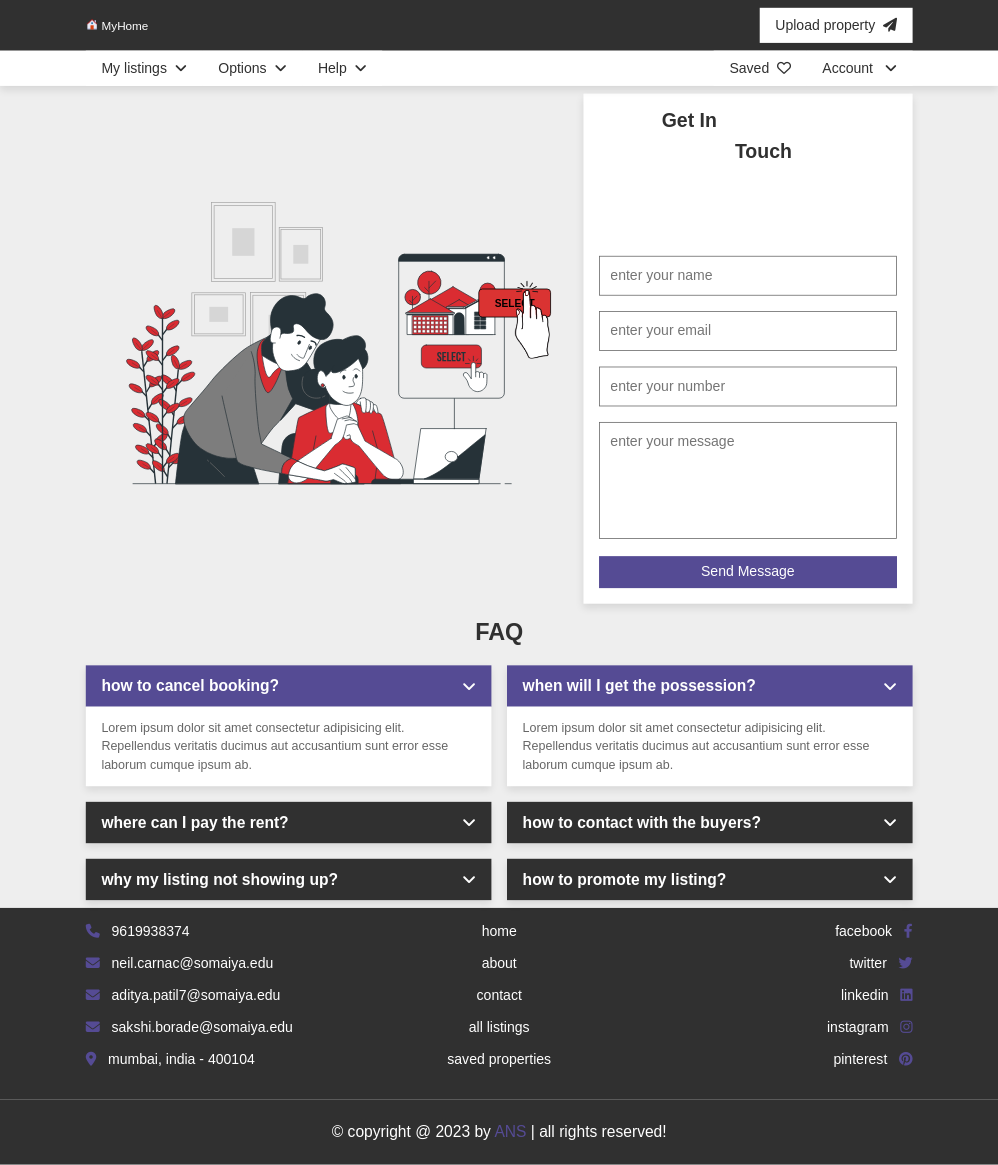
Repository: neilcarnac/wpl-project-realestatewebsite
Page: http://localhost/project/contact.php
An editor plug-in stored every save of this project. The page is shown before and after the next save, followed by the edit.
The browser window is 1280 px wide. The pictures show the whole page, at 78% of full size.
The page is run by PHP 8.4 with error messages shown; the project is at /var/www/html/.

Above is the page before, as saved 2023-05-01 17:19:38.

### project/contact.php
<?php

include 'components/connect.php';

if(isset($_COOKIE['user_id'])){
   $user_id = $_COOKIE['user_id'];
}else{
   $user_id = '';
}

if(isset($_POST['send'])){

   $msg_id = create_unique_id();
   $name = $_POST['name'];
   $name = filter_var($name, FILTER_SANITIZE_STRING);
   $email = $_POST['email'];
   $email = filter_var($email, FILTER_SANITIZE_STRING);
   $number = $_POST['number'];
   $number = filter_var($number, FILTER_SANITIZE_STRING);
   $message = $_POST['message'];
   $message = filter_var($message, FILTER_SANITIZE_STRING);

   $verify_contact = $conn->prepare("SELECT * FROM `messages` WHERE name = ? AND email = ? AND number = ? AND message = ?");
   $verify_contact->execute([$name, $email, $number, $message]);

   if($verify_contact->rowCount() > 0){
      $warning_msg[] = 'message sent already!';
   }else{
      $send_message = $conn->prepare("INSERT INTO `messages`(id, name, email, number, message) VALUES(?,?,?,?,?)");
      $send_message->execute([$msg_id, $name, $email, $number, $message]);
      $success_msg[] = 'message send successfully!';
   }

}

?>

<!DOCTYPE html>
<html lang="en">
<head>
   <meta charset="UTF-8">
   <meta http-equiv="X-UA-Compatible" content="IE=edge">
   <meta name="viewport" content="width=device-width, initial-scale=1.0">
   <title>Contact Us</title>
   <link type="image/png" sizes="16x16" rel="icon" href="images/hoe.png">

   <!-- font awesome cdn link  -->
   <link rel="stylesheet" href="https://cdnjs.cloudflare.com/ajax/libs/font-awesome/6.2.0/css/all.min.css">

   <!-- custom css file link  -->
   <link rel="stylesheet" href="css/style.css">

</head>
<body>

<?php include 'components/user_header.php'; ?>

<div>
<!-- contact section starts  -->
<style>
		button {
			background-color: #da3332;
			color: black;
			padding: 10px 20px;
			border: none;
			border-radius: 5px;
			font-size: 1.3rem;
         /* margin-top: 500px; */
         margin-left: 660px;
         font-weight: bold;
         border: 1.5px solid black;
         position: absolute;
         margin-top: 260px;
         /* font-family: Montserrat; Change the font */
         transition: background-color 0.3s, color 0.3s;
         transform: translateX(-50%); /* Adjust for half of the button's width */


		}
      button:hover{
         cursor: pointer;
         background-color: #EEEEEE;
			color: black;
      }
      .selele{

         position: absolute; /* Add relative positioning to the container */
			height: 1000px;
      }
      .finger{
         transition: 600ms;
         position: absolute; /* Add relative positioning to the container */
         height:100px ;
         width:45px ;
         margin-top: 250px;
         margin-left: 660px;
         z-index: 2;
      }
      .finger:hover{
         cursor: pointer;
         transform: scale(0.9); /* Add a scale transform on hover */
      }
      .linke{
         text-decoration: none;
         color: black;
      }
      .touch{
         margin-left: 40px ;
         margin-bottom: 100px;
      }
      .getin{
         margin-right: 150px;
      }
      .touch:hover{
         transform: scale(0.9); /* Add a scale transform on hover */

      }

	</style>

   <div class="selele">
      <img src="images/fingerwhite.png" class="finger" alt="">
      <button><a class="linke" href="home.php"><b>SELECT</b></a></button>
   </div>
<section class="contact">
   <div class="row">
      <div class="image">
         <img src="images/contact-img.svg" alt="">
      </div>
      <form action="" method="post">
         <h3 class="getin">get in <h3  class="touch">touch</h3></h3>
         <input type="text" name="name" required maxlength="50" placeholder="enter your name" class="box">
         <input type="email" name="email" required maxlength="50" placeholder="enter your email" class="box">
         <input type="number" name="number" required maxlength="10" max="9999999999" min="0" placeholder="enter your number" class="box">
         <textarea name="message" placeholder="enter your message" required maxlength="1000" cols="30" rows="10" class="box"></textarea>
         <input type="submit" value="send message" name="send" class="btn">
      </form>
   </div>

</section>

<!-- contact section ends -->

<!-- faq section starts  -->

<section class="faq" id="faq">

   <h1 class="heading">FAQ</h1>

   <div class="box-container">

      <div class="box active">
         <h3><span>how to cancel booking?</span><i class="fas fa-angle-down"></i></h3>
         <p>Lorem ipsum dolor sit amet consectetur adipisicing elit. Repellendus veritatis ducimus aut accusantium sunt error esse laborum cumque ipsum ab.</p>
      </div>

      <div class="box active">
         <h3><span>when will I get the possession?</span><i class="fas fa-angle-down"></i></h3>
         <p>Lorem ipsum dolor sit amet consectetur adipisicing elit. Repellendus veritatis ducimus aut accusantium sunt error esse laborum cumque ipsum ab.</p>
      </div>

      <div class="box">
         <h3><span>where can I pay the rent?</span><i class="fas fa-angle-down"></i></h3>
         <p>Lorem ipsum dolor sit amet consectetur adipisicing elit. Repellendus veritatis ducimus aut accusantium sunt error esse laborum cumque ipsum ab.</p>
      </div>

      <div class="box">
         <h3><span>how to contact with the buyers?</span><i class="fas fa-angle-down"></i></h3>
         <p>Lorem ipsum dolor sit amet consectetur adipisicing elit. Repellendus veritatis ducimus aut accusantium sunt error esse laborum cumque ipsum ab.</p>
      </div>

      <div class="box">
         <h3><span>why my listing not showing up?</span><i class="fas fa-angle-down"></i></h3>
         <p>Lorem ipsum dolor sit amet consectetur adipisicing elit. Repellendus veritatis ducimus aut accusantium sunt error esse laborum cumque ipsum ab.</p>
      </div>

      <div class="box">
         <h3><span>how to promote my listing?</span><i class="fas fa-angle-down"></i></h3>
         <p>Lorem ipsum dolor sit amet consectetur adipisicing elit. Repellendus veritatis ducimus aut accusantium sunt error esse laborum cumque ipsum ab.</p>
      </div>

   </div>

</section>

<!-- faq section ends -->










<script src="https://cdnjs.cloudflare.com/ajax/libs/sweetalert/2.1.2/sweetalert.min.js"></script>

<?php include 'components/footer.php'; ?>

<!-- custom js file link  -->
<script src="js/script.js"></script>

<?php include 'components/message.php'; ?>
</div>
</body>
</html>

### project/components/connect.php
<?php

   $db_name = 'mysql:host=localhost;dbname=home_db';
   $db_user_name = 'root';
   $db_user_pass = '';

   $conn = new PDO($db_name, $db_user_name, $db_user_pass);

   function create_unique_id(){
      $characters = '0123456789abcdefghijklmnopqrstuvwxyzABCDEFGHIJKLMNOPQRSTUVWXYZ';
      $charactersLength = strlen($characters);
      $randomString = '';
      for ($i = 0; $i < 20; $i++) {
          $randomString .= $characters[mt_rand(0, $charactersLength - 1)];
      }
      return $randomString;
  }

?>

### project/components/user_header.php
<!-- header section starts  -->

<header class="header">

   <nav class="navbar nav-1">
      <section class="flex">
         <a href="home.php" class="logo"><img src="images/hoe.png" alt=""> MyHome</a>

         <ul>
            <li class="upload"><a href="post_property.php">Upload property<i class="fas fa-paper-plane"></i></a></li>
         </ul>
      </section>
   </nav>

   <style>
      .menu{
         font-size: 1rem !important;
      }
   </style>

   <nav class="navbar nav-2">
      <section class="flex">
         <div id="menu-btn" class="fas fa-bars"></div>

         <div class="menu">
            <ul>
               <li><a href="#">My listings<i class="fas fa-angle-down"></i></a>
                  <ul>
                     <li><a href="dashboard.php">Dashboard</a></li>
                     <li><a href="post_property.php">Upload Property</a></li>
                     <li><a href="my_listings.php">My Listings</a></li>
                  </ul>
               </li>
               <li><a href="#">Options<i class="fas fa-angle-down"></i></a>
                  <ul>
                     <li><a href="search.php">Filter search</a></li>
                     <li><a href="listings.php">All listings</a></li>
                  </ul>
               </li>
               <li><a href="#">Help<i class="fas fa-angle-down"></i></a>
                  <ul>
                     <li><a href="about.php">About Us</a></i></li>
                     <li><a href="contact.php">Contact Us</a></i></li>
                     <li><a href="contact.php#faq">FAQ</a></i></li>
                  </ul>
               </li>
            </ul>
         </div>

         <ul>
            <li><a href="saved.php">Saved<i class="far fa-heart"></i></a></li>
            <li><a href="#">Account <i class="fas fa-angle-down"></i></a>
               <ul>
                  <li><a href="login.php">login Now</a></li>
                  <li><a href="register.php">Register New</a></li>
                  <?php if($user_id != ''){ ?>
                  <li><a href="update.php">Update Profile</a></li>
                  <li><a href="components/user_logout.php" onclick="return confirm('logout from this website?');">Logout</a>
                  <?php } ?></li>
               </ul>
            </li>
         </ul>
      </section>
   </nav>

</header>

<!-- header section ends -->

### project/components/footer.php
<!-- footer section starts  -->

<footer class="footer">

   <section class="flex">

      <div class="box">
         <a href="tel:9619938374"><i class="fas fa-phone"></i><span>9619938374</span></a>
         <a href="mailto:neil.carnac@somaiya.edu"><i class="fas fa-envelope"></i><span>neil.carnac@somaiya.edu</span></a>
         <a href="mailto:aditya.patil7@somaiya.edu"><i class="fas fa-envelope"></i><span>aditya.patil7@somaiya.edu</span></a>
         <a href="mailto:sakshi.borade@somaiya.edu"><i class="fas fa-envelope"></i><span>sakshi.borade@somaiya.edu</span></a>
         <a href="#"><i class="fas fa-map-marker-alt"></i><span>mumbai, india - 400104</span></a>
      </div>

      <div class="box">
         <a href="home.php"><span>home</span></a>
         <a href="about.php"><span>about</span></a>
         <a href="contact.php"><span>contact</span></a>
         <a href="listings.php"><span>all listings</span></a>
         <a href="saved.php"><span>saved properties</span></a>
      </div>

      <div class="box">
         <a href="#"><span>facebook</span><i class="fab fa-facebook-f"></i></a>
         <a href="#"><span>twitter</span><i class="fab fa-twitter"></i></a>
         <a href="#"><span>linkedin</span><i class="fab fa-linkedin"></i></a>
         <a href="#"><span>instagram</span><i class="fab fa-instagram"></i></a>
         <a href="#"><span>pinterest</span><i class="fab fa-pinterest"></i></a>

      </div>

   </section>

   <div class="credit">&copy; copyright @ <?= date('Y'); ?> by <span>ANS</span> | all rights reserved!</div>

</footer>

<!-- footer section ends -->

Loaded but not shown: project/components/message.php (common file); project/images/contact-img.svg (1 lines, source omitted); project/js/script.js (21 lines, source omitted); project/css/style.css (1372 lines, source omitted)

After the next save:
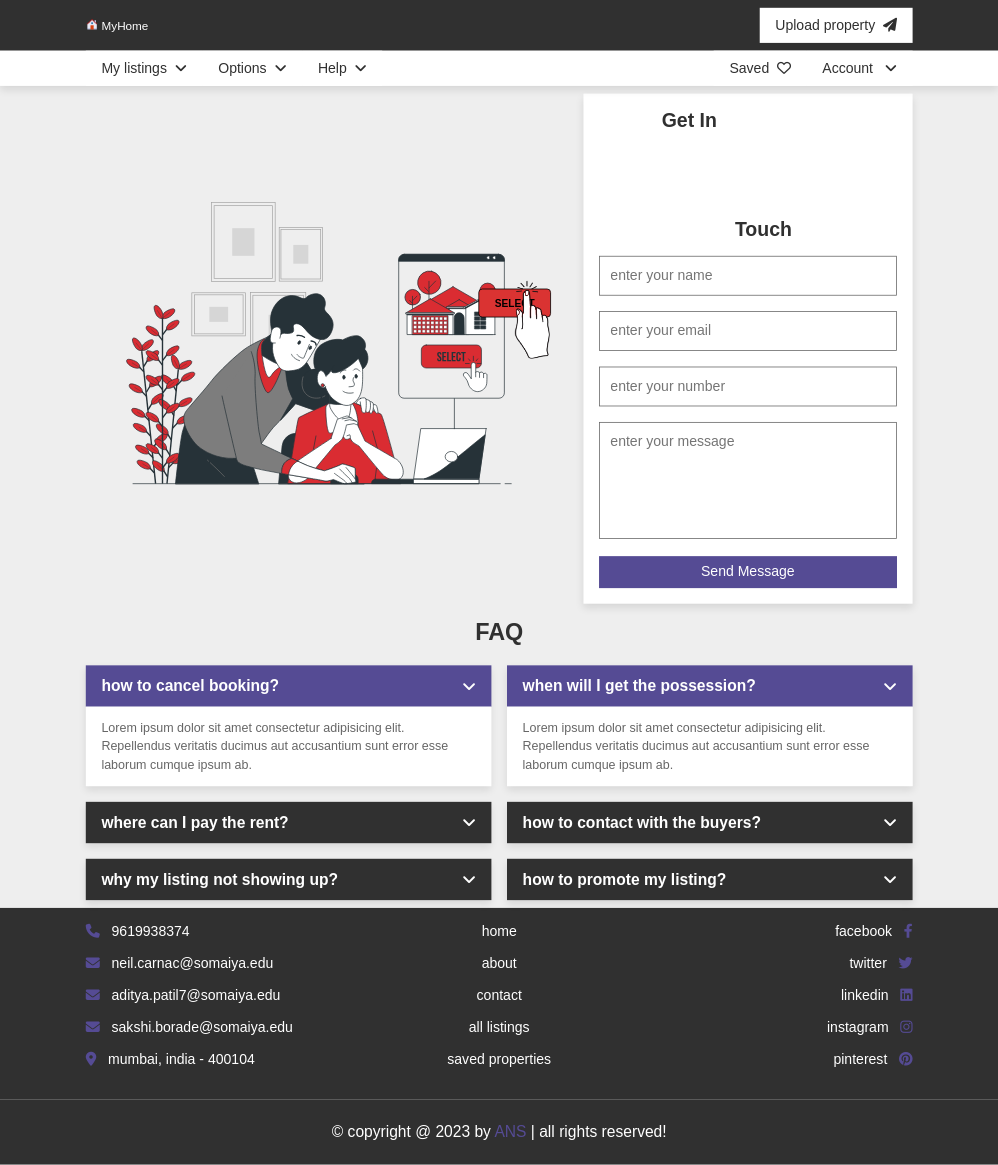
Saved 7 s later.
--- a/project/contact.php
+++ b/project/contact.php
@@ -106,7 +106,7 @@ if(isset($_POST['send'])){
       }
       .touch{
          margin-left: 40px ;
-         margin-bottom: 100px;
+         margin-top: 100px;
       }
       .getin{
          margin-right: 150px;
